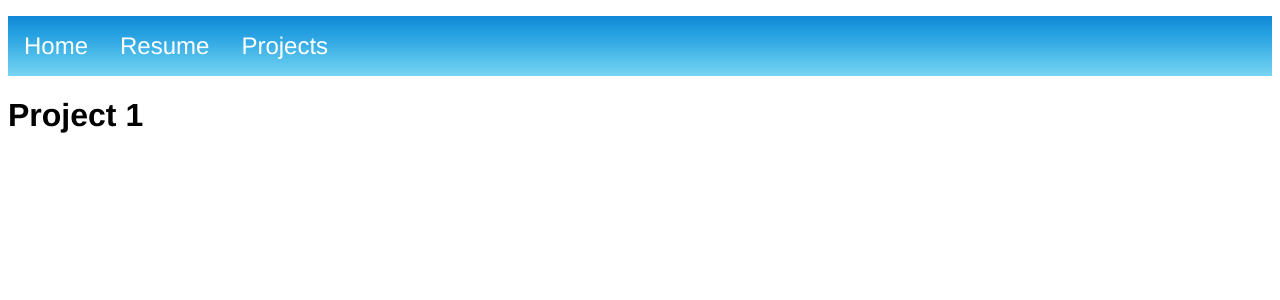
Repository: TangDylan/TangDylan.github.io
Page: project1.html
The author's editor kept a record of every edit. The page is drawn from the files as they stood at one moment, then again after the next edit.
The browser window is 1280 px wide. The pictures show the whole page.

Above is the page before.

After the next edit:
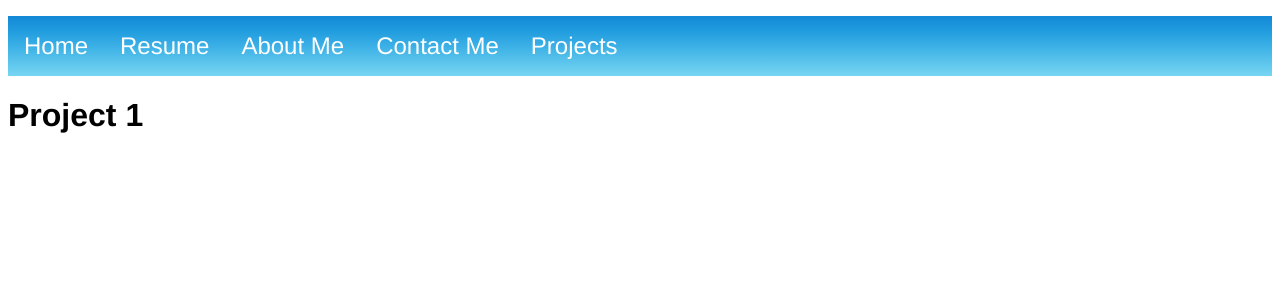
The edit:
--- a/project1.html
+++ b/project1.html
@@ -13,6 +13,8 @@
       <ul class="navbar">
         <li><a href="index.html">Home</a></li>
         <li><a href="resume.html">Resume</a></li>
+        <li><a href="aboutme.html">About Me</a></li>
+        <li><a href="contactme.html">Contact Me</a></li>
         <li class="dropdown">
           <div>Projects</div>
           <ul class="dropdown-content">
